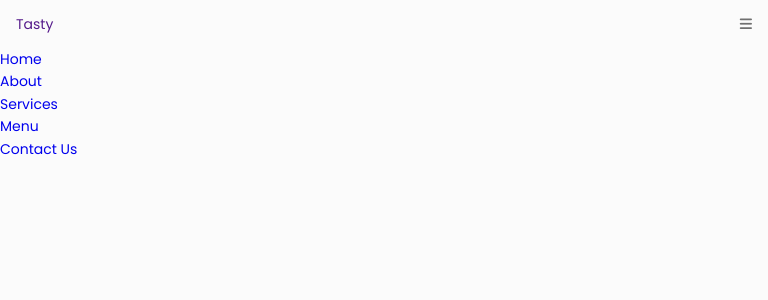
Repository: dinhhaidh/Tasty
Page: index.html
The author's editor kept a copy of each file at every save. The page is drawn from the files as they stood at one save, then again after the next save.
The browser window is 768 px wide. The pictures show the whole page.

Above is the page before, as saved 2023-12-30 21:13:38.

### index.html
<!DOCTYPE html>
<html lang="en">
<head>
    <meta charset="UTF-8">
    <meta name="viewport" content="width=device-width, initial-scale=1.0">
    <title>Document</title>
    <!-- <link href='https://unpkg.com/boxicons@2.1.4/css/boxicons.min.css' rel='stylesheet'> -->
    <link rel="stylesheet" href="https://cdnjs.cloudflare.com/ajax/libs/font-awesome/6.5.1/css/all.min.css">
    <link rel="stylesheet" href="style.css">

</head>
<body>
    <header class="l-header" id="header">
        <nav class="nav bd-container">
            <a href="" class="nav__logo">Tasty</a>

            <div class="nav__menu" id="nav-menu">
                <ul class="nav__list">
                    <li class="nav__item"><a href="#home" class="nav__link">Home</a></li>
                    <li class="nav__item"><a href="#about" class="nav__link">About</a></li>
                    <li class="nav__item"><a href="#services" class="nav__link">Services</a></li>
                    <li class="nav__item"><a href="#menu" class="nav__link">Menu</a></li>
                    <li class="nav__item"><a href="#contact" class="nav__link">Contact Us</a></li>
                </ul>
            </div>
            <div class="nav__toggle" id="nav-toggle">
                <!-- <box-icon name='menu'></box-icon> -->
                <i class="fa-solid fa-bars"></i>
            </div>
        </nav>
    </header>
    <header class="l-main"></header>
    <footer class="footer section bd-container">

    </footer>
    <!-- <script src="https://unpkg.com/scrollreveal"></script> -->
    <script src="https://code.jquery.com/jquery-3.7.1.js"></script>
    <script src="./js/main.js"></script>
</body>
</html>

### style.css
@import url('https://fonts.googleapis.com/css2?family=Poppins:wght@400;500;600&display=swap');

:root{
    --header-height: 3rem;

    --frist-color: ##069c54;
    --frist-color-alt: #048654;
    --title-color: #393939;
    --text-color: #707070;
    --text-color-light: #a6a6a6;
    --body-color: #fbfbfb;
    --container-color: #ffffff;


    /* font and typography */
    --body-font: 'Poppins', sans-serif;;
    --biggest-font-size: 2.25rem;
    --h1-font-size: 1.5rem;
    --h2-font-size: 1.25rm;
    --h3-font-size: 1rem;
    --nomal-font-size: .938rem;
    --smaller-font-size: .75rem;


    /* font weight */
    --font-medium: 500;
    --font-semi-bold: 600;

    /* margin */
    --mb-1: 5rem;
    --mb-2: 1rem;
    --mb-3: 1.5rem;
    --mb-4: 2rem;
    --mb-5: 2.5rem;
    --mb-6: 3rem;

    --z-tooltip: 10;
    --z-fixed: 100;

}
@media screen and (min-width: 768px) {
    :root{
        --biggest-font-size: 4rem;
        --h1-font-size: 2.5rem;
        --h2-font-size: 1.5rm;
        --h3-font-size: 1.25rem;
        --nomal-font-size: .875rem;
        --smaller-font-size: .813rem;
    }
}

/* base */
*,::before,::after{
    box-sizing: border-box;
}
html{
    scroll-behavior: smooth;
}
body{
    margin: var(--header-height) 0 0 0;
    font-family: var(--body-font);
    font-size: var(--nomal-font-size);
    background-color: var(--body-color);
    color: var(--text-color);
    line-height: 1.6;
}
h1,h2,h3,h3,p,ul{
    margin: 0;
}
ul{
    padding: 0;
    list-style: none;
}
a{
    text-decoration: none;
}
img{
    max-width: 100%;
    height: auto;
}

/* css */
.section{
    padding: 4rem 0 2rem;
}
.section-title, .section-subtitle{
    text-align: center;
}
.section-title{
    font-size: var(--h1-font-size);
    color: var(--title-color);
    margin-bottom: var(--mb-3);
}
.section-subtitle{
    display: block;
    color: var(--frist-color);
    font-weight: var(--font-medium);
    margin-bottom: var(--mb-1);
}

.bd-container{
    max-width: 960px;
    width: calc(100% - 2rem);
    margin-left: var(--mb-2);
    margin-right: var(--mb-2);
}
.bd-grid{
    display: grid;
    gap: 1.5rem;
}

.l-header{
    width: 100%;
    position: fixed;
    top: 0;
    left: 0;
    z-index: var(--z-fixed);
    background-color: var(--body-color);
}

.nav{
    max-width: 1024px;
    height: var(--header-height);
    display: flex;
    justify-content: space-between;
    align-items: center;
}

@media screen and (max-width: 768px) {
    .nav__menu{
        position: fixed;
        top: var(--header-height);
        left: 0;
        width: 100%;
        p
    }
}

Loaded but not shown: js/main.js (no copy from this time; the picture is the same without it)

After the next save:
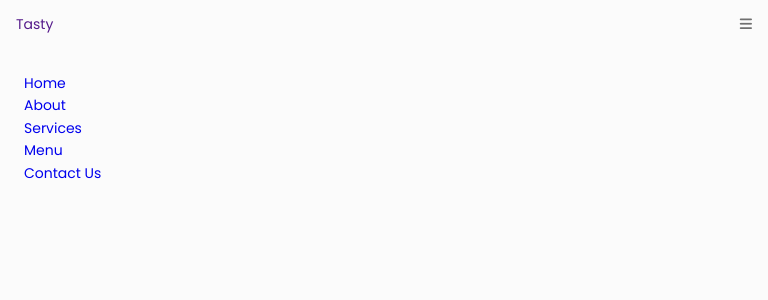
Saved 4 s later.
--- a/style.css
+++ b/style.css
@@ -132,6 +132,6 @@ img{
         top: var(--header-height);
         left: 0;
         width: 100%;
-        p
+        padding: 1.5rem;
     }
 }
